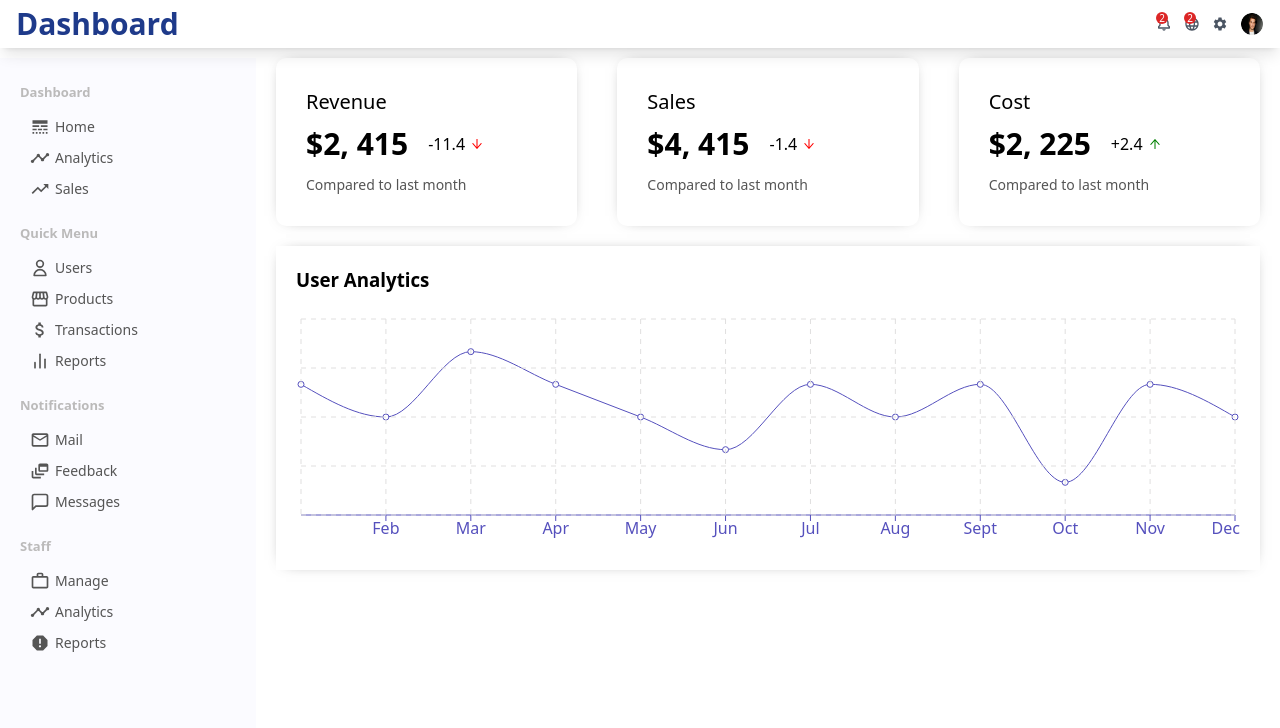
Repository: nation430/React-AdminDashboard
Page: /
The author's editor kept a copy of each file at every save. The page is drawn from the files as they stood at one save, then again after the next save.
The browser window is 1280 px wide. The pictures show the whole page.
The project was rebuilt for these pictures with package versions that can differ from the ones it lists, and the page was loaded fresh each time.

Above is the page before, as saved 2022-08-18 16:13:18.

### public/index.html
<!DOCTYPE html>
<html lang="en">
  <head>
    <meta charset="utf-8" />
    <meta name="viewport" content="width=device-width, initial-scale=1" />
    <meta name="theme-color" content="#000000" />
    <meta
      name="description"
      content="Web site created using create-react-app"
    />
    <link rel="preconnect" href="https://fonts.googleapis.com" />
    <link rel="preconnect" href="https://fonts.gstatic.com" crossorigin />
    <link
      href="https://fonts.googleapis.com/css2?family=Source+Sans+Pro:wght@200;300;400;600;700&display=swap"
      rel="stylesheet"
    />

    <title>React Admin Dashboard</title>
  </head>
  <body>
    <noscript>You need to enable JavaScript to run this app.</noscript>
    <div id="root"></div>
  </body>
</html>

### src/index.css
@tailwind base;
h1 {
  @apply text-2xl;
}
h2 {
  @apply text-xl;
}
h3 {
  @apply text-lg;
}
@tailwind components;
@tailwind utilities;

* {
  margin: 0;
  padding:0;
  box-sizing: border-box;

}

### src/App.js
import Topbar from "./components/topbar/Topbar";
import Sidebar from "./components/sidebar/Sidebar";
import Home from "./pages/home/Home";
import "./app.css";

function App() {
  return (
    <div>
      <Topbar />
      <div className="wrapper flex h-full">
        <Sidebar />
        <Home />
      </div>
    </div>
  );
}

export default App;

### src/components/topbar/Topbar.jsx
import React from "react";
import  "./topbar.css";
import { BiBell } from 'react-icons/bi';
import { MdLanguage, MdSettings  } from "react-icons/md";


export default function Topbar () {
    return(
        <div className="topbar w-full h-12 bg-white sticky top-0 z-50 shadow-lg ">
            <div className="topbarWeapper flex items-center justify-between h-full px-4 py-0">
            <div className="topLeft">
                <span className="logo font-bold text-3xl text-blue-900 cursor-pointer ...">Dashboard</span>
            </div>
            <div className="topRight flex items-center">

                {/* First icon  */}
                <div className="topbarIconsContainer relative cursor-pointer ... ml-3 text-gray-600">
                <BiBell />
                <span className="topIconBadge absolute text-white bg-red-600 right-1 -top-1 flex items-center justify-center rounded-full text-xs h-3 w-3">2</span>
                </div>

                   {/*second icon  */}
                <div className="topbarIconsContainer relative cursor-pointer ... ml-3 text-gray-600">
                <MdLanguage />
                <span className="topIconBadge absolute text-white bg-red-600 right-1 -top-1 flex items-center justify-center rounded-full text-xs h-3 w-3">2</span>
                </div>


                    {/*third icon  */}
                <div className="topbarIconsContainer relative cursor-pointer ... mx-3 text-gray-600">
                < MdSettings  />
                </div>

                <img src="images/img.png" alt="BigCo Inc. logo"  className="topAvater w-6 h-6 rounded-full cursor-pointer ..."/>

            </div>
            </div>
        </div>
    )

}

### src/components/sidebar/Sidebar.jsx
import "./sidebar.css";
import { MdLineStyle, MdOutlineTimeline, MdTrendingUp, MdStorefront, MdAttachMoney, MdOutlineMail, MdDynamicFeed, MdWorkOutline, MdReport} from "react-icons/md";
import { HiOutlineUser} from "react-icons/hi";
import { FiBarChart2, FiMessageSquare} from "react-icons/fi";

export default function sidebar(){
    return(
        <div className="sidebar sticky">
        <div className="sidebarWrapper p-5">
            {/* first sidenavbar */}
            <div className="sidebarMenu mb-2.5">
                <h3 className="sidebarTitle">Dashboard</h3>
                <ul className="sidebarList px-4 py-0">
                    <li className="sidebarListItems flex items-center">
                    <MdLineStyle className="sidebarIcon"/>
                    Home
                    </li>

                    <li className="sidebarListItems flex items-center">
                    <MdOutlineTimeline className="sidebarIcon" />
                    Analytics
                    </li>


                    <li className="sidebarListItems flex items-center">
                    <MdTrendingUp className="sidebarIcon" />
                   Sales
                    </li>
                </ul>
            </div>

            {/* second sidenavbar */}
            <div className="sidebarMenu mb-2.5">
                <h3 className="sidebarTitle">Quick Menu</h3>
                <ul className="sidebarList px-4 py-1">
                    <li className="sidebarListItems flex items-center">
                    <HiOutlineUser className="sidebarIcon" />
                    Users
                    </li>

                    <li className="sidebarListItems flex  items-center" >
                    <MdStorefront className="sidebarIcon" />
                    Products
                    </li>

                    <li className="sidebarListItems flex items-center">
                    <MdAttachMoney className="sidebarIcon" />
                   Transactions
                    </li>


                    <li className="sidebarListItems flex items-center">
                    <FiBarChart2 className="sidebarIcon" />
                   Reports
                    </li>
                </ul>
            </div>

                {/* third sidenavbar */}
                <div className="sidebarMenu mb-2.5">
                <h3 className="sidebarTitle">Notifications</h3>
                <ul className="sidebarList px-4 py-1">
                    <li className="sidebarListItems flex items-center">
                    <MdOutlineMail className="sidebarIcon" />
                    Mail
                    </li>

                    <li className="sidebarListItems flex  items-center" >
                    <MdDynamicFeed className="sidebarIcon" />
                    Feedback
                    </li>

                    <li className="sidebarListItems flex items-center">
                    <FiMessageSquare className="sidebarIcon" />
                   Messages
                    </li>
                </ul>
            </div>

                {/* fourth sidenavbar */}
                <div className="sidebarMenu mb-2.5">
                <h3 className="sidebarTitle">Staff</h3>
                <ul className="sidebarList px-4 py-1">
                    <li className="sidebarListItems flex items-center">
                    <MdWorkOutline className="sidebarIcon" />
                    Manage
                    </li>

                    <li className="sidebarListItems flex  items-center" >
                    <MdOutlineTimeline className="sidebarIcon" />
                    Analytics
                    </li>

                    <li className="sidebarListItems flex items-center">
                    <MdReport className="sidebarIcon" />
                   Reports
                    </li>
                </ul>
            </div>
        </div>
        </div>
    )
}

### src/pages/home/Home.jsx
import "./home.css"
import FeaturedInfo from "../../featuredInfo/featuredInfo"
import Chart from "../../chart/Chart"

export default function Home(){
    return (
        <div className="home">
            <FeaturedInfo/>
            <Chart/>
        </div>
    )
}

### src/app.css

* {
    margin: 0;
    padding:0;
    box-sizing: border-box;

}


h1{
    font-size: 2em ;
    font-weight: bolder;
}

h2{
    font-size: 1.5em ;
    font-weight: bolder;
}

h3{
    font-size: 1.17em ;
    font-weight: bolder;
}

.wrapper{
    margin-top:10px;
}

### src/components/topbar/topbar.css
.text-xs{
    font-size: 10px;
  }

### src/components/sidebar/sidebar.css
.sidebar{
    flex: 1;
    height: calc(100vh - 50px);
    top:50px;
    background:rgb(251, 251, 255);
}

.sidebarWrapper{
    color: #555;
}

.sidebarTitle{
    font-size: 13px;
    color:rgb(187, 186, 186);
}

.sidebarList{
    padding:5px;
    font-size: 14px;;
}


.sidebarListItems {
    padding:5px;
    cursor: pointer;
    border-radius: 10px;
}

.sidebarListItems.active,
.sidebarListItems:hover{
    background:rgb(228, 228, 250);
}

.sidebarIcon{
    margin-right:5px;
    font-size:20px;
}

### src/pages/home/home.css
.home {
    flex:4;

}

### src/featuredInfo/featuredInfo.jsx
import "./featuredInfo.css"
import { AiOutlineArrowDown, AiOutlineArrowUp} from "react-icons/ai";

export default function fearturedInfo(){
    return (
        <div className="featured w-full flex justify-between">
            {/* first feature */}
            <div className="featuredItem">
                <span className="featuredTitle text-xl">Revenue</span>
                <div className="featuredMoneyContainer flex ">
                    <span className="featuredMoney font-semibold text-3xl">$2, 415</span>
                    <span className="featuredMonetRate flex items-center">-11.4
                    <AiOutlineArrowDown className="featuredIcon negative"/>
                    </span>
                </div>
                <span className="featuredSub">Compared to last month</span>
            </div>

            {/* second feature */}
              <div className="featuredItem">
                <span className="featuredTitle text-xl">Sales</span>
                <div className="featuredMoneyContainer flex">
                    <span className="featuredMoney font-semibold text-3xl">$4, 415</span>
                    <span className="featuredMonetRate flex items-center">-1.4
                    <AiOutlineArrowDown className="featuredIcon negative"/>
                    </span>
                </div>
                <span className="featuredSub">Compared to last month</span>
            </div>

            {/* third feature */}
            <div className="featuredItem">
                <span className="featuredTitle text-xl">Cost</span>
                <div className="featuredMoneyContainer flex">
                    <span className="featuredMoney font-semibold text-3xl">$2, 225</span>
                    <span className="featuredMonetRate flex items-center">+2.4
                    <AiOutlineArrowUp className="featuredIcon"/>
                    </span>
                </div>
                <span className="featuredSub">Compared to last month</span>
            </div>
        </div>
    )
}

### src/chart/Chart.jsx
import "./chart.css"
import { LineChart, Line, XAxis, YAxis, CartesianGrid, Tooltip, Legend, ResponsiveContainer } from 'recharts';

export default function Chart(){

    const data = [
        {
          name: 'Jan',
          "Active User": 4000,

        },
        {
          name: 'Feb',
          "Active User": 3000,
        },
        {
          name: 'Mar',
          "Active User": 5000,
        },
        {
          name: 'Apr',
          "Active User": 4000,
        },
        {
          name: 'May',
          "Active User": 3000,
        },
        {
          name: 'Jun',
          "Active User": 2000,
        },
        {
          name: 'Jul',
          "Active User": 4000,
        },
        {
            name: 'Aug',
            "Active User": 3000,
          },
          {
            name: 'Sept',
            "Active User": 4000,
          },
          {
            name: 'Oct',
            "Active User": 1000,
          },
          {
            name: 'Nov',
            "Active User": 4000,
          },
          {
            name: 'Dec',
            "Active User": 3000,
          },
      ];



    return(
        <div className="chart p-5 m-5">
            <h3 className="chartfile mb-5">User Analytics</h3>
            <ResponsiveContainer width="100%" aspect={4 / 1}>
        <LineChart data={data}>
          <XAxis dataKey="name" stroke="#5550bd" />
          <Line type="monotone" dataKey="Active User" stroke="#5550bd" />
          <Tooltip />
          <CartesianGrid strokeDasharray="5 5" stroke="#e0dfdf" />
        </LineChart>
      </ResponsiveContainer>
        </div>
    )
}

### src/featuredInfo/featuredInfo.css
.featuredItem{
    flex: 1;
    margin:0px 20px;
    padding:30px;
    border-radius: 10px;
    cursor: pointer;
    box-shadow: 0px 0px 15px -10px rgba(0,0,0,0.75);
-webkit-box-shadow:0px 0px 15px -10px rgba(0,0,0,0.75);
-moz-box-shadow: 0px 0px 15px -10px rgba(0,0,0,0.75);
}

.featuredMoneyContainer{
    margin:10px 0px;
}

.featuredMonetRate{
    margin-left: 20px;

}

.featuredIcon{
    font-size: 14px;
    margin-left:5px;
    color:green;
}

.featuredIcon.negative{
    color:red;
}


.featuredSub{
    font-size: 14px;
    color:#555;
}

### src/chart/chart.css
.chart{
    box-shadow: 0px 0px 15px -10px rgba(0,0,0,0.75);
    -webkit-box-shadow:0px 0px 15px -10px rgba(0,0,0,0.75);
    -moz-box-shadow: 0px 0px 15px -10px rgba(0,0,0,0.75);
}

Loaded but not shown: src/index.js (common file); tailwind.config.js (common file)

After the next save:
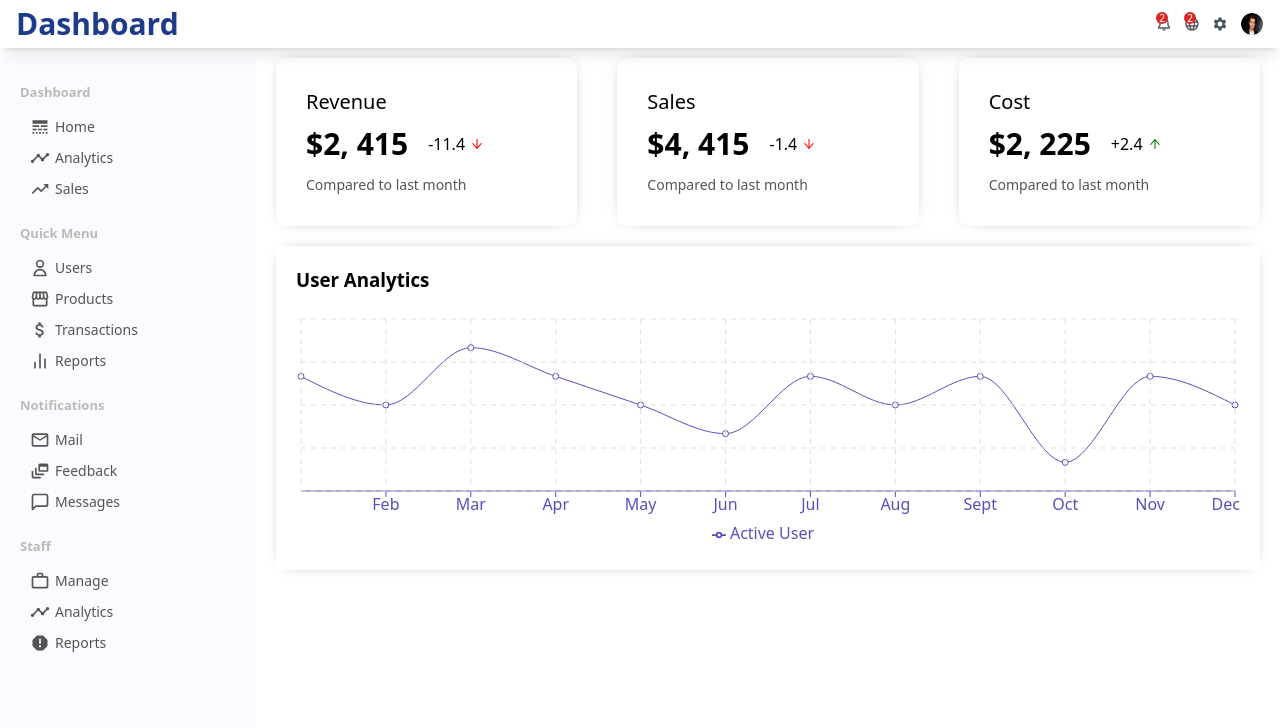
Saved 3 min 7 s later.
--- a/src/chart/Chart.jsx
+++ b/src/chart/Chart.jsx
@@ -66,6 +66,7 @@ export default function Chart(){
           <Line type="monotone" dataKey="Active User" stroke="#5550bd" />
           <Tooltip />
           <CartesianGrid strokeDasharray="5 5" stroke="#e0dfdf" />
+          <Legend/>
         </LineChart>
       </ResponsiveContainer>
         </div>
